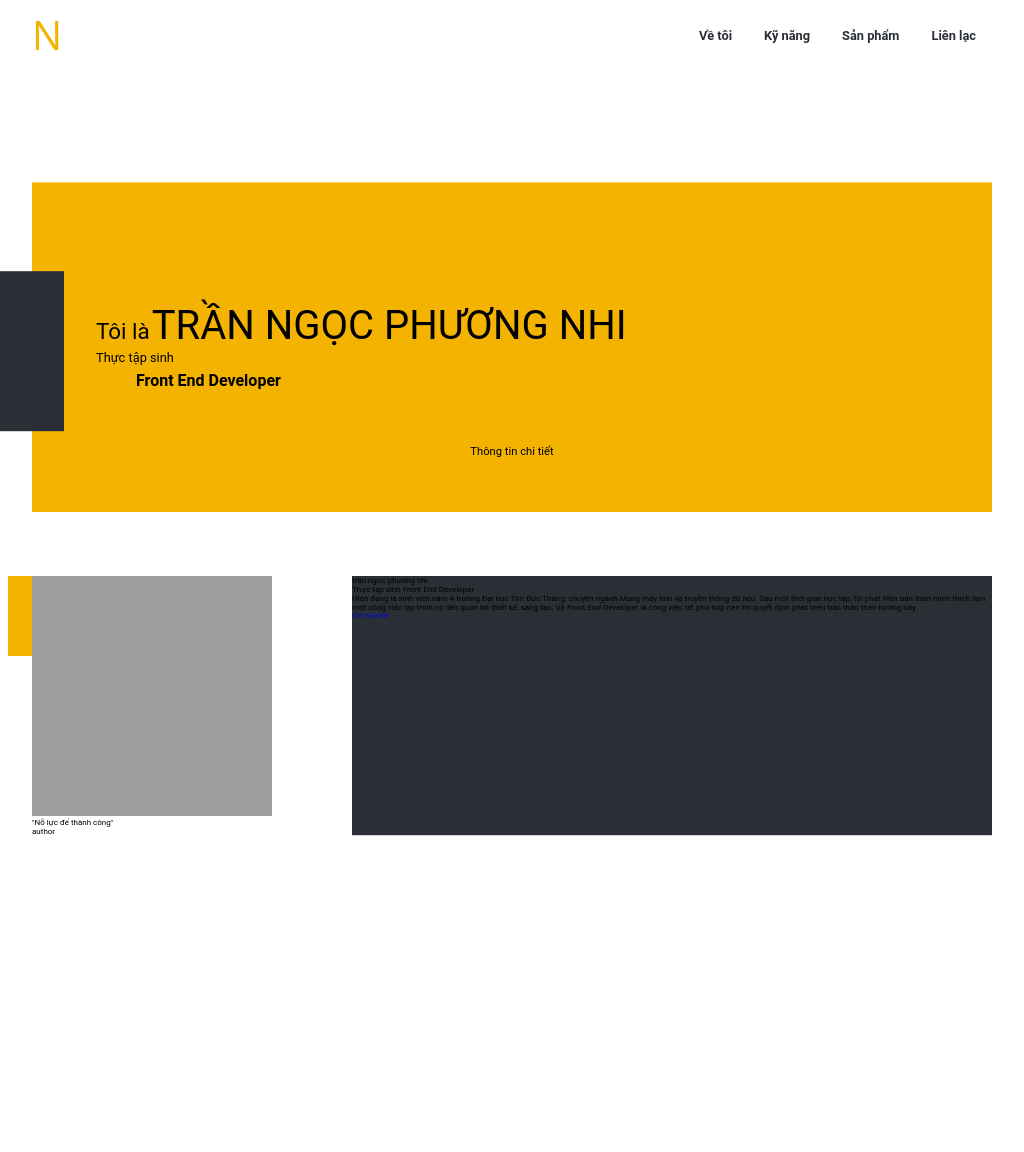
Repository: TranNgocPhuongNhi/my-portfolio
Page: index.html
The author's editor kept a copy of each file at every save. The page is drawn from the files as they stood at one save, then again after a run of saves.
The browser window is 1280 px wide. The pictures show the whole page, at 80% of full size.
Pictures or frames that could not be fetched are drawn as grey boxes. Some icons come from a web library that is not loaded, so they are not drawn. Some web libraries are served in a nearby version.

Above is the page before, as saved 2021-07-04 16:01:27.

### index.html
<!DOCTYPE html>
<html lang="en">
<head>
    <meta charset="UTF-8">
    <meta http-equiv="X-UA-Compatible" content="IE=edge">
    <meta name="viewport" content="width=device-width, initial-scale=1.0">
    <title>My Portfolio</title>
    <link rel="stylesheet" href="https://pro.fontawesome.com/releases/v5.10.0/css/all.css" integrity="sha384-AYmEC3Yw5cVb3ZcuHtOA93w35dYTsvhLPVnYs9eStHfGJvOvKxVfELGroGkvsg+p" crossorigin="anonymous"/>
    <link rel="stylesheet" href="resources/css/main.css">
    <link rel="stylesheet" href="resources/css/responsive.css">
    <link rel="shortcut icon" href="favicon.ico">
</head>
<body>
    <header id="header">
        <nav class="header__nav">
            <div class="container">
                <div class="header__nav-content">
                    <!-- <img src="" alt="logo"> -->
                    <a href="#index.html" class="header__nav-logo">N</a>
                    <ul class="header__nav-list">
                        <li class="nav-item"><a href="#about">Về tôi</a></li>
                        <li class="nav-item"><a href="#skills">Kỹ năng</a></li>
                        <li class="nav-item"><a href="#products">Sản phẩm</a></li>
                        <li class="nav-item"><a href="#contact">Liên lạc</a></li>
                    </ul>
                </div>
            </div>
        </nav>
        <div class="container">
            <div class="header__info">
                <div class="header__info-content">
                    <div class="header__info-name">
                        <span>Tôi là</span>
                        <span class="header__info-fullname">trần ngọc phương nhi</span>
                    </div>
                    <div class="header__info-specialize">
                        <p>Thực tập sinh</p>
                        <p>Front End Developer</p>
                    </div>
                </div>
                <div class="header__info-more">
                    <p>Thông tin chi tiết</p>
                    <div class="header__info-down">
                        <a href="#about">
                            <i class="fal fa-chevron-double-down"></i>
                        </a>
                    </div>
                </div>
            </div>
        </div>

    </header>

    <!-- About me -->
    <section id="about">
        <div class="container">
            <div class="row">
                <div class="col-1-3 about__avatar">
                    <img src="https://media-cdn.laodong.vn/Storage/NewsPortal/2021/2/13/880159/Vuong-Bat-Bac-9.png" alt="my avatar" />
                    <div class="about__quote">
                        <p>"Nỗ lực để thành công"</p>
                        <p>author</p>
                    </div>
                </div>
                <div class="col-3-1 about__content">
                    <div class="about__info">
                        <p>trần ngọc phương nhi</p>
                        <p>Thực tập sinh Front End Developer</p>
                    </div>
                    <p class="about__text">
                        Hiện đang là sinh viên năm 4 trường Đại học  Tôn Đức Thắng,
                        chuyên ngành Mạng máy tính và truyền thông dữ liệu. Sau một
                        thời gian học tập, tôi phát hiện bản thân mình thích làm một
                        công việc lập trình có liên quan tới thiết kế, sáng tạo. Và Front
                        End Developer là công việc rất phù hợp nên tôi quyết định phát
                        triển bản thân theo hướng này.
                    </p>
                    <a href="#" class="about__CV">CV của tôi</a>
                </div>
            </div>
        </div>
    </section>

</body>
</html>

### resources/css/main.css
:root {
    --primary1: #F4B301;
    --primary2: #2A2F35;
    --secondary: #F7F7F7;
    --white: #fff;
    --footer: #3B4046;
}

html {
    font-size: 62.5%;
    font-family: "Roboto", "Helvetica Neue", sans-serif;
    scroll-behavior: smooth;
}

* {
    padding: 0;
    margin: 0;
    box-sizing: border-box;
}

ul, li {
    list-style: none;
}

a {
    text-decoration: none;
}

.container {
    width: 120rem;
    max-width: 100%;
    margin: 0 auto;
}

.row {
    display: flex;
    position: relative;
}

.col-1-3 {
    width: calc(100% / 3);
}

.col-3-1 {
    width: calc(100% * 2 / 3);
}

/* ========================================= HEADER ============================= */
#header {
    height: 100vh;
    position: relative;
}

/* Scroll nav */
.nav-scroll {
    background-color: var(--white);
    box-shadow: 0 0.3rem 1.5rem rgba(0, 0, 0, 0.2);
}

.header__nav {
    padding: 1rem 0;
}

.header__nav-content {
    display: flex;
    justify-content: space-between;
    align-items: center;
}

.header__nav-logo {
    font-size: 5rem;
    font-family: 'Open Sans';
    color: var(--primary1);
}

.header__nav-list {
    display: flex;
}

.nav-item {
    padding: 0 2rem;
}

.nav-item a{
    font-size: 1.6rem;
    font-weight: 600;
    color: var(--primary2);
}

.nav-item a:hover {
    border-bottom: 0.3rem solid var(--primary1);
    animation: toRight 0.4s ease;
}

.header__info {
    background-color: var(--primary1);
    padding: 15rem 8rem;
    position: relative;
    top: 14rem;
}

.header__info::before {
    content: '';
    display: block;
    width: 8rem;
    height: 20rem;
    background-color: var(--primary2);
    position: absolute;
    top: 27%;
    left: -4rem;
}

.header__info-name span:first-child{
    font-size: 2.8rem;
}

.header__info-fullname {
    font-size: 5rem;
    text-transform: uppercase;
}

.header__info-specialize {
    line-height: 1.5;
}

.header__info-specialize p:first-child {
    font-size: 1.6rem;
}

.header__info-specialize p:last-child {
    font-size: 2rem;
    font-weight: bold;
    margin-left: 5rem;
}

.header__info-more {
    text-align: center;
    font-size: 1.4rem;
    line-height: 2;
    position: absolute;
    top: 85%;
    left: 50%;
    transform: translate(-50%, -50%);
}

.header__info-down:hover {
    width: 5rem;
    height: 5rem;
    line-height: 3.5;
    border-radius: 50%;
    border: 2px solid var(--white);
    margin: 0 auto;
    cursor: pointer;
}

.fa-chevron-double-down {
    color: var(--white);
}

/* =========================================== ABOUT ME ====================================== */
#about {
    height: 100vh;
}

.about__avatar img {
    width: 30rem;
    height: 30rem;
}

.about__avatar::before {
    content: '';
    display: block;
    width: 10rem;
    height: 10rem;
    background-color: var(--primary1);
    position: absolute;
    top: 0;
    left: -3rem;
    z-index: -1;
}

.about__content {
    background-color: var(--primary2);
}

/* =========================================== MY SKILLS ====================================== */



/* =========================================== MY PRODUCTS ====================================== */



/* =========================================== CONTACT ME ====================================== */



/* =========================================== ANIMATION ====================================== */
@keyframes toRight {
    0% {
        /* opacity: 0; */
        transform: translateX(-100%);
    }
    100% {
        /* opacity: 1; */
        transform: translateX(0%);
    }
}

### resources/css/responsive.css

/* Large devices (desktops, less than 1200px) */
@media (max-width: 1199.98px) {

}

/* Medium devices (tablets, less than 992px) */
@media (max-width: 991.98px) {

}

/* Small devices (landscape phones, less than 768px) */
@media (max-width: 767.98px) {

}

/* Extra small devices (portrait phones, less than 576px) */
@media (max-width: 575.98px) {

}

After the next 4 saves:
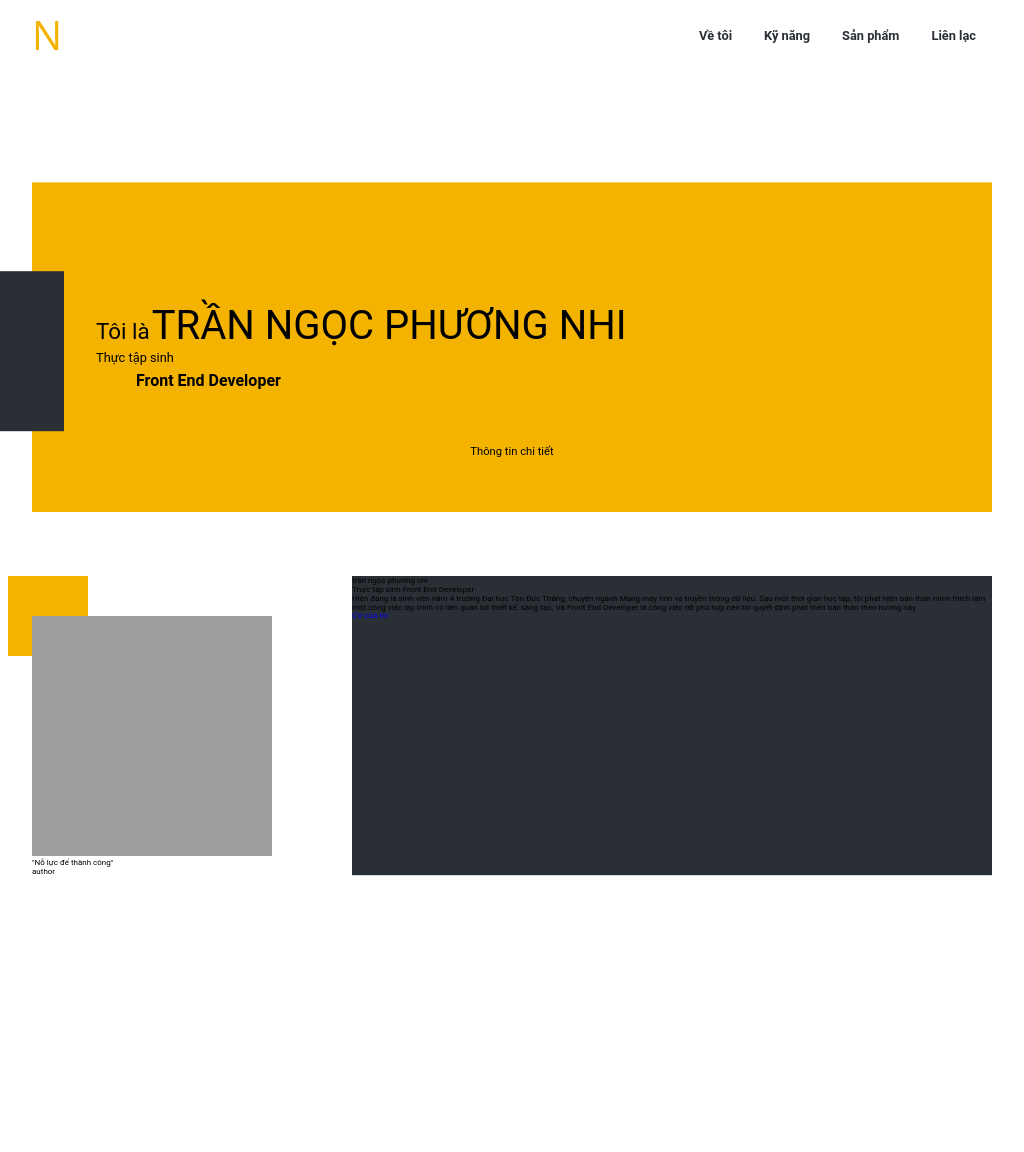
The 4 saves are shown as one change because they came seconds apart.
The last was saved 20 s later.
--- a/resources/css/main.css
+++ b/resources/css/main.css
@@ -160,6 +160,10 @@ a {
 /* =========================================== ABOUT ME ====================================== */
 #about {
     height: 100vh;
+}
+
+.about__avatar {
+    margin-top: 5rem;
 }
 
 .about__avatar img {
